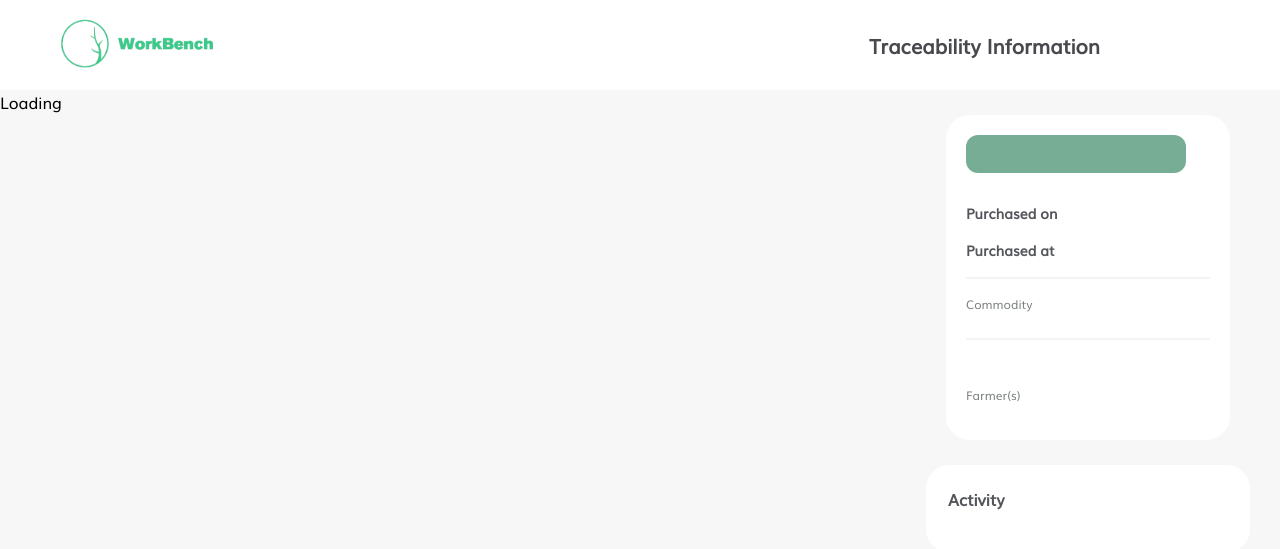
Repository: Hamezry/Traceability-Page
Page: /
These files come from the project's save history. The page is drawn as it stood at one moment and after the next save; the edit follows.
The browser window is 1280 px wide. The pictures show the whole page.
The page's requests for data from a server got no answer. The project was rebuilt for these pictures with package versions that can differ from the ones it lists, and the page was loaded fresh each time. No one was signed in, and anything a server would have sent is missing.

Above is the page before, as saved 2022-09-18 08:45:13.

### public/index.html
<!DOCTYPE html>
<html lang="en">
  <head>
    <meta charset="utf-8" />
    <meta name="viewport" content="width=device-width, initial-scale=1" />
    <meta name="theme-color" content="#000000" />
    <meta
      name="description"
      content="Web site created using create-react-app"
    />
    <link rel="preconnect" href="https://fonts.googleapis.com">
    <link rel="preconnect" href="https://fonts.gstatic.com" crossorigin>
    <!-- <link href="https://fonts.googleapis.com/css2?family=Mulish:wght@300;400;600&display=swap" rel="stylesheet"> -->
    <title>Traceability page</title>
  </head>
  <body>
    <noscript>You need to enable JavaScript to run this app.</noscript>
    <div id="root"></div>

  </body>
</html>

### src/index.css
@tailwind base;
@tailwind components;
@tailwind utilities;

@font-face {
    font-family: 'Muli';
    src: local('Muli'), url("./fonts/Muli-Regular.ttf") format("truetype");
}


@font-face {
    font-family: 'Muli';
    src: url('./fonts/Muli-Regular.ttf') format("truetype");
}

body {
    font-family: 'Muli' !important;
}

### src/App.js
import './index.css';
import Navbar from './components/Navbar';
import Information from './components/Information';
import Sidemap from './components/Sidemap';
import { BrowserRouter, Route, Routes } from 'react-router-dom';

function App() {
  return (
    <BrowserRouter>

      <Routes>

          <Route path='/' element={
            <div>
              <Navbar />
              <div className="lg:flex lg:justify-between w-full  lg:h-[calc(100vh-90px)] lg:overflow-y-hidden bg-[#f8f7f7]">
                <Sidemap />
                <Information />
              </div>

            </div>

          } />

      </Routes>
    </BrowserRouter>
  );
}

export default App;

### src/components/Navbar.js
import React from 'react'
import logo from '../Assets/logo.svg'

const Navbar = () => {
  return (
    <div className='w-full flex justify-center h-[90px] bg-white sticky font-muli  z-30  top-0 lg:items-center lg:justify-between '>

        <img src= {logo} alt='nav-icon' className='h-[80px] w-[188px] lg:ml-[50px]'/>
        <p className='hidden lg:block mr-[230px] xl:mr-[180px] 2xl:mr-[320px] text-[#47494E] font-semibold  text-[20px]'>Traceability Information</p>

    </div>
  )
}

export default Navbar

### src/components/Information.js
import React, { useEffect, useState } from 'react'
import image1 from '../Assets/image-2.png'
import purchased from '../Assets/purchase.svg'
import axios from 'axios'
import { useLocation } from 'react-router-dom'



function Information() {

    const [list, setList] = useState([])
    const search = useLocation().search;
    const qr_code = new URLSearchParams(search).get('qr_code')

    useEffect(() => {
        axios.get(`https://wb3test.afexnigeria.com/WB3/api/v1/traceability/info/${qr_code}`)
            .then(res => {
                setList(res.data.data)
                console.log(res.data)
            }).catch(err => {
                console.log(err)
            })
    }, [qr_code])


    return (
        <div className='lg:h-full  lg:w-[30%] font-muli lg:overflow-y-auto'>

            <div id="TQC" className=" z-10  top-0 flex lg:flex  flex-col px-[50px]">

                <div className="flex-1 flex bg-white lg:w-[100%] lg:mx-auto lg:mt-[25px] flex-col h-[556px] p-[20px] rounded-3xl">

                    {/*TQC */}
                    <div className='mb-4 border-b-2 border-b-gray-100 '>
                        <div className='bg-[#76AD94] text-white text-center py-2 font-semibold text-[16px] max-w-[220px] h-[38px] mb-[30px] rounded-xl'> <p>{list.qr_code}</p></div>
                        <p className='text-[#54565B] text-[14px] mb-4 font-semibold'>Purchased on <span className='font-normal'>{list.purchased_on}</span></p>
                        <p className=' text-[#54565B] text-[14px] mb-4 font-semibold'>Purchased at <span className='font-normal'>{list.purchased_at}</span></p>

                    </div>

                    <div className='mb-4 border-b-2  border-b-gray-100 '>
                        <p className='text-[#7C827D] text-[12px] mb-[25px] '>Commodity</p>
                        <p className='text-[#47494E] text-[14px] mb-4 font-medium '>{list.commodity}</p>

                    </div>

                    <div className='mt-[30px] mb-4'>

                        <p className='text-[#7C827D] text-[12px]'>Farmer(s)</p>

                        {
                            list?.farmers?.map((item, index) => {
                                return (
                                    <div key={index} className='w-[232px] h-[71px] shadow p-3 flex items-center mt-[20px] rounded-xl'>
                                        <img src={image1} alt='profilepic' />
                                        <p className='text-[#47494E] text-[16px] ml-5  font-medium '>{item.first_name} {item.last_name}<br /> <span className='text-[#707673] text-[12px]'>{item.age} years &nbsp; | &nbsp;  {item.gender}</span></p>
                                    </div>
                                )
                            })
                        }



                    </div>


                </div>



            </div>




            <div id="Activity" className=" top-0 flex lg:flex flex-shrink-0 flex-col px-[30px]">

                <div className="flex-1 flex bg-white lg:w-[100%] lg:mx-auto mt-[25px] mb-5 flex-col  h-[900px] p-[22px] rounded-3xl ">

                    <p className='text-[#54565B] mb-5 font-semibold text-[16px]'>Activity</p>

                    {list?.activities?.map((item, index) =>

                        <div key={index} className='flex 2xl:justify-between stroke-amber-50 text-[#7C827D] 2xl:px-5 lg:px-0 text-[11px]'>

                            <div className='flex gap-2 xl:gap-2 md:gap-8'>

                                <div className='flex flex-col items-center'>
                                    <img src={purchased} alt='recp' />
                                    <div className='border border-dotted border-[#7C827D] min-h-[100px] max-h-[120px] w-[1px]'></div>

                                </div>
                                <div className='flex flex-col lg:w-[180px] md:w-[270px] w-[130px]' >
                                    <p className='font-semibold mt-2 lg:text-[13px]'>{item.action} </p>
                                    <span className='text-[#7C827D] text-[9px] mt-2 lg:text-[11px]'>{item.description}</span>
                                </div>



                            </div>
                            <p className='text-[#76AD94] text-[9px] mt-2 xl:text-[10px]'> <span>{item.created}</span> </p>

                        </div>
                    )}






                </div>





            </div>


        </div>);
}

export default Information

### src/components/Sidemap.js
import React from 'react'
import {useJsApiLoader, GoogleMap, Marker} from '@react-google-maps/api';

const center = {lat:48.8584, lng:2.294}

function Sidemap() {

  const { isLoaded } = useJsApiLoader({
    googleMapsApiKey:process.env.REACT_APP_GOOGLE_MAPS_API_KEY,
  });

  if (!isLoaded){
    return <h1>Loading</h1>
  }
  return (

    <div class= "h-[600px] w-full lg:h-[calc(100vh-90px)] lg:w-[70%]">

      <div className='hidden lg:block p-4 lg:p-0 lg:w-full h-[100%]'>
          <GoogleMap
          mapContainerStyle={{width:'100%', height:'100%'}}
          center={center} zoom={15}
          options={{
            zoomControl:false,
            streetViewControl:false,
            mapTypeControl:false,
            fullscreenControl:false,
          }}
          >
            <Marker position={center}/>

          </GoogleMap>
      </div>

      <div className='lg:hidden p-4 lg:p-0 lg:w-full h-[100%]'>
          <GoogleMap
          mapContainerStyle={{width:'100%', height:'100%', borderRadius:'50px'}}
          center={center} zoom={15}
          options={{
            zoomControl:false,
            streetViewControl:false,
            mapTypeControl:false,
            fullscreenControl:false,
          }}
          >
            <Marker position={center}/>

          </GoogleMap>
      </div>


    </div>

  )
}

export default Sidemap

### tailwind.config.js

/** @type {import('tailwindcss').Config} */
module.exports = {
  content: [
    "./src/**/*.{js,jsx,ts,tsx}",
  ],
  theme: {
    extend: {
      fontFamily:{
        'Muli':['Muli', 'san-serif']
      }
    },
  },
  plugins: [],
}

Loaded but not shown: src/index.js (common file)

After the next save:
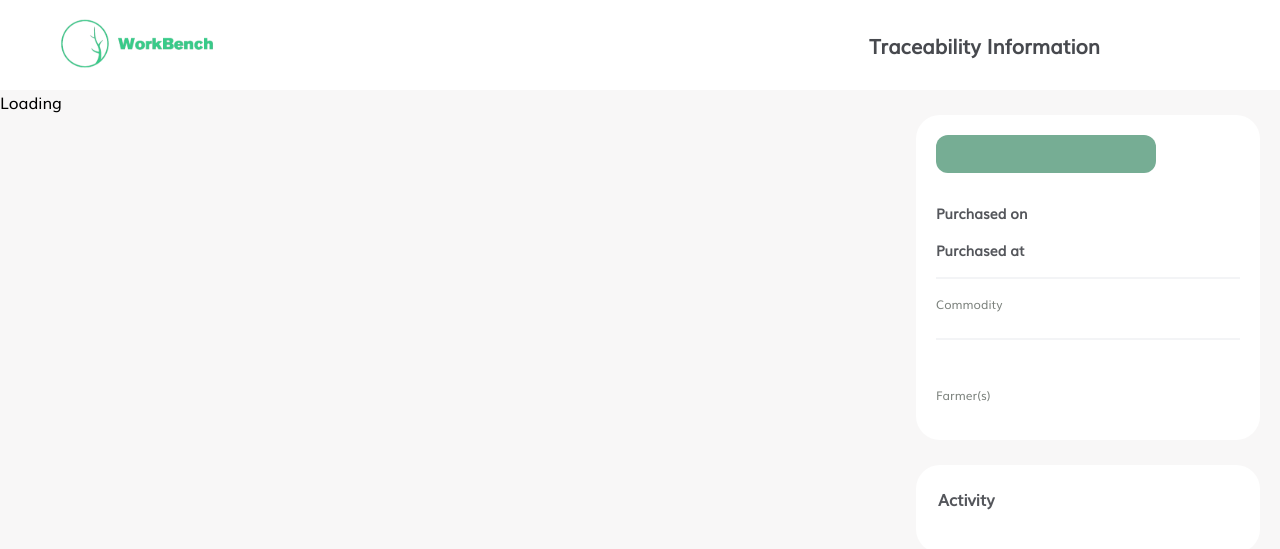
Saved 34 s later.
--- a/src/components/Information.js
+++ b/src/components/Information.js
@@ -26,7 +26,7 @@ function Information() {
     return (
         <div className='lg:h-full  lg:w-[30%] font-muli lg:overflow-y-auto'>
 
-            <div id="TQC" className=" z-10  top-0 flex lg:flex  flex-col px-[50px]">
+            <div id="TQC" className=" z-10  top-0 flex lg:flex  flex-col px-[20px]">
 
                 <div className="flex-1 flex bg-white lg:w-[100%] lg:mx-auto lg:mt-[25px] flex-col h-[556px] p-[20px] rounded-3xl">
 
@@ -73,7 +73,7 @@ function Information() {
 
 
 
-            <div id="Activity" className=" top-0 flex lg:flex flex-shrink-0 flex-col px-[30px]">
+            <div id="Activity" className=" top-0 flex lg:flex flex-shrink-0 flex-col px-[20px]">
 
                 <div className="flex-1 flex bg-white lg:w-[100%] lg:mx-auto mt-[25px] mb-5 flex-col  h-[900px] p-[22px] rounded-3xl ">
 
